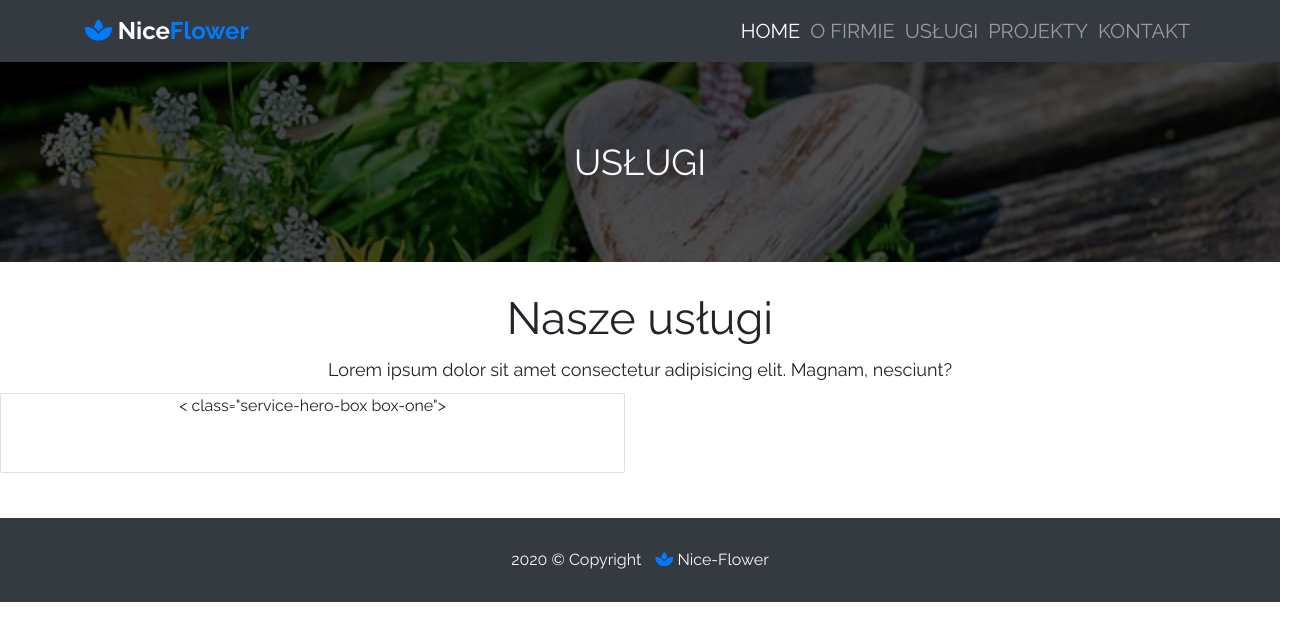
Repository: KrzysKolo/Projekt-13_Kwiaciarnia
Page: services.html
An editor plug-in stored every save of this project. The page is shown before and after the next save, followed by the edit.
The browser window is 1280 px wide. The page is 1295 px wide, so the pictures cover 1295 px, including what lies to the right of the window. The pictures show the whole page.
Some web libraries are served in a nearby version.

Above is the page before, as saved 2020-08-11 10:31:24.

After the next save:
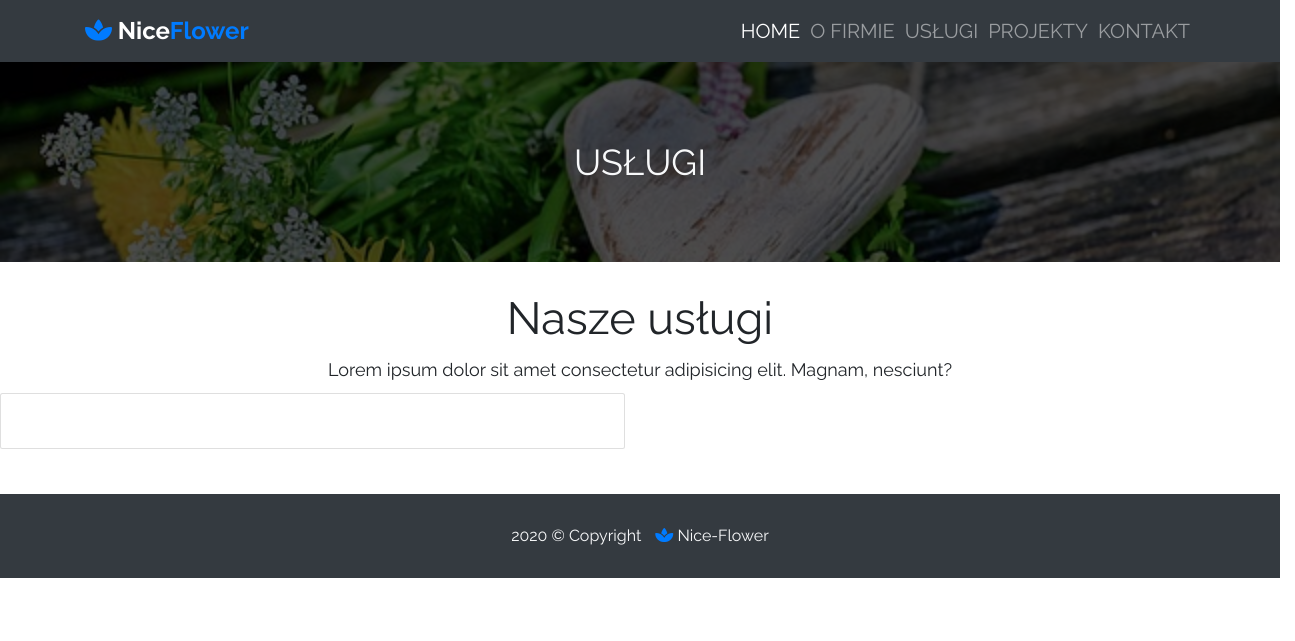
Saved 5 s later.
--- a/services.html
+++ b/services.html
@@ -62,24 +62,26 @@
         <p class="top-hero-text text-light">usługi</p>
       </section>
       <section class="py-5 text-center">
-          <p class="display-3">Nasze usługi</p>
-          <p class="additional-text">Lorem ipsum dolor sit amet consectetur adipisicing elit. Magnam, nesciunt?</p>
-          <div class="row">
-              <div class="col-md-6">
-                  <!-- ACORDEON -->
-                  <div class="accordion id='acc'">
-                    <div class="card mb-4">
-                        < class="service-hero-box box-one">
-                            <div class="hero-shadow"></div>
-                                <p class="h-100 text-white text-center p-3">
-                                    kwiaty
-                                </p>
-
-                        </div>
-                    </div>
-                  </div>
+        <p class="display-3">Nasze usługi</p>
+        <p class="additional-text">
+          Lorem ipsum dolor sit amet consectetur adipisicing elit. Magnam,
+          nesciunt?
+        </p>
+        <div class="row">
+          <div class="col-md-6">
+            <!-- ACORDEON -->
+            <div class="accordion id='acc'">
+              <div class="card mb-4">
+                <div class="service-hero-box box-one">
+                  <div class="hero-shadow"></div>
+                  <p class="h-100 text-white text-center p-3">
+                    kwiaty
+                  </p>
+                </div>
               </div>
+            </div>
           </div>
+        </div>
       </section>
     </main>
     <footer class="bg-dark text-light">
